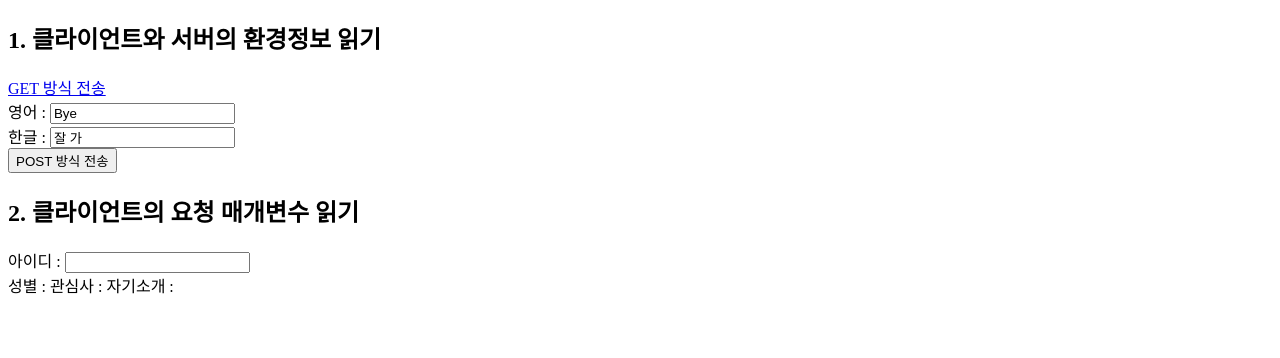
Repository: iamstudybox00/JSP_Servlet
Page: http://localhost/MustHaveJSP/02ImplicitObject/RequestMain.jsp
An editor plug-in stored every save of this project. The page is shown before and after the next save, followed by the edit.
The browser window is 1280 px wide. The pictures show the whole page.
The page is served by Tomcat 10. Other server files are loaded and not shown.

Above is the page before, as saved 2025-05-02 05:50:30.

### MustHaveJSP/src/main/webapp/02ImplicitObject/RequestMain.jsp
<%@ page language="java" contentType="text/html; charset=UTF-8"
    pageEncoding="UTF-8"%>
<!DOCTYPE html>
<html>
	<head>
	<meta charset="UTF-8">
	<title>내장객체 - request</title>
	</head>
	<body>
		<h2>1. 클라이언트와 서버의 환경정보 읽기</h2>
		<a href="./RequestWebInfo.jsp?eng=Hello&han=안녕">
			GET 방식 전송
		</a>
		<br/>
		<form action="RequestWebInfo.jsp" method="post" accept-charset="utf-8">
			영어 : <input type="text" name="eng" value="Bye" /><br/>
			한글 : <input type="text" name="han" value="잘 가" /><br/>
			<input type="submit" value="POST 방식 전송" />
		</form>

		<h2>2. 클라이언트의 요청 매개변수 읽기</h2>
		<form method="post" action="RequestParameter.jsp">
			아이디 : <input type="text" name="id" value="" /><br/>
			성별 :
			관심사 :
			자기소개 :
		</form>
	</body>
</html>

After the next save:
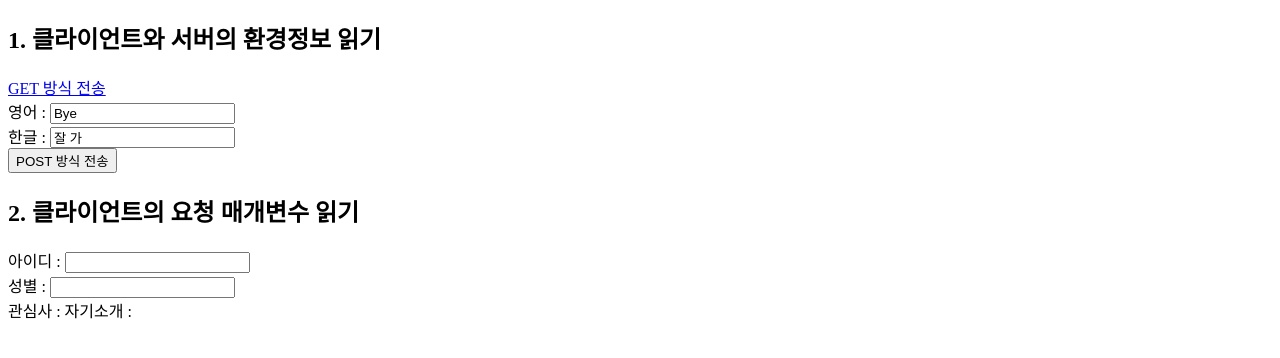
Saved 6 s later.
--- a/MustHaveJSP/src/main/webapp/02ImplicitObject/RequestMain.jsp
+++ b/MustHaveJSP/src/main/webapp/02ImplicitObject/RequestMain.jsp
@@ -22,6 +22,7 @@
 		<form method="post" action="RequestParameter.jsp">
 			아이디 : <input type="text" name="id" value="" /><br/>
 			성별 :
+			<input type="text" name="id" value="" /><br/>
 			관심사 :
 			자기소개 :
 		</form>
